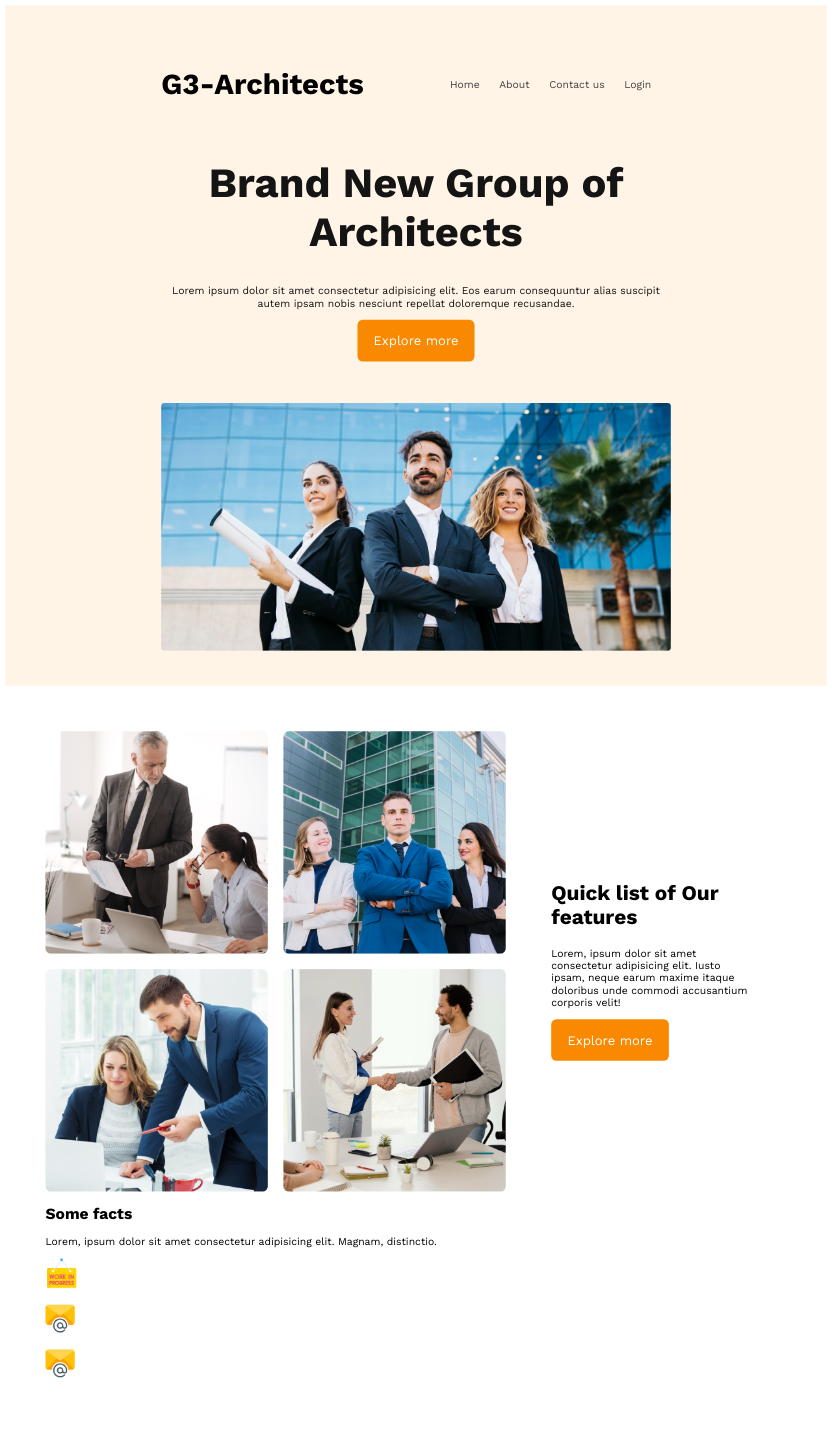
Repository: RudrasahaDibos/architects-resources
Page: index.html
An editor plug-in stored every save of this project. The page is shown before and after a run of saves, followed by the edit.
The browser window is 1280 px wide. The pictures show the whole page, at 65% of full size.

Above is the page before, as saved 2024-10-06 21:34:24.

### index.html
<!DOCTYPE html>
<html lang="en">
<head>
    <meta charset="UTF-8">
    <meta name="viewport" content="width=device-width, initial-scale=1.0">
    <link rel="stylesheet" href="index.css">
    <title>Responsive web side</title>
</head>
<body>
       <header>
              <nav>
                <h3 class="nav-title">G3-Architects</h3>
              <ul>
                 <li><a href="">Home</a></li>
                 <li><a href="">About</a></li>
                 <li><a href="">Contact us</a></li>
                 <li><a href="">Login</a></li>
              </ul>
              </nav>
             <div class="banner">
                <div class="banner-content">
                     <h1 class="banner-title">Brand New Group of Architects</h1>
                     <p class="banner-discription">Lorem ipsum dolor sit amet consectetur adipisicing elit. Eos earum consequuntur alias suscipit autem ipsam nobis nesciunt repellat doloremque recusandae.</p>
                     <button class="btn-banner">Explore more</button>
                </div>
                 <img src="images/banner.png" alt="">
             </div>

       </header>
       <main>
                <section class="team-container">
                        <div class="team-container-img">
                            <img src="images/team1.png" alt="">
                            <img src="images/team2.png" alt="">
                            <img src="images/team3.png" alt="">
                            <img src="images/team4.png" alt="">
                        </div>
                        <div class="team-content">
                             <h1 class="team-title">Quick list of Our features</h1>
                             <p class="team-discription">Lorem, ipsum dolor sit amet consectetur adipisicing elit. Iusto ipsam, neque earum maxime itaque doloribus unde commodi accusantium corporis velit!</p>
                             <button class="btn-banner">Explore more</button>
                            </div>

                </section>
                <!-- features -->
                 <section>

                 </section>
                 <!-- some -->
                  <section class="some-container">
                         <h1 class="some-title">Some facts</h1>
                    <p class="some-discription">Lorem, ipsum dolor sit amet consectetur
                      adipisicing elit. Magnam, distinctio.</p>
                   <div class="fact-card-container">
                          <div class="csrd">
                            <img src="images/icons/customers.png" alt="">
                            <h2 class="card-start"></h2>
                            <p class="card-title"></p>
                          </div>
                          <div class="csrd">
                            <img src="images/icons/email.png" alt="">
                            <h2 class="card-start"></h2>
                            <p class="card-title"></p>
                          </div>
                          <div class="csrd">
                            <img src="images/icons/email.png" alt="">
                            <h2 class="card-start"></h2>
                            <p class="card-title"></p>
                          </div>
                          <div class="csrd">
                            <img src="" alt="">
                            <h2 class="card-start"></h2>
                            <p class="card-title"></p>
                          </div>
                  </div>
                  </section>
       </main>
       <footer>

       </footer>
</body>
</html>

### index.css
@import url('https://fonts.googleapis.com/css2?family=Work+Sans:ital,wght@0,100..900;1,100..900&display=swap');
/* shared section
 */
*{
    font-family: "Lato", sans-serif;
    font-family: "Open Sans", sans-serif;
    font-family: "Work sans", sans-serif;


}
.btn-banner{
    background-color: rgb(248, 137, 0);
    border-radius: 8px;
    font-size: 20px;
    padding: 20px 25px;
    color: #fff;
    border: 0;

}

/* header section */
header{
    background-color: rgba(255,144,14,0.10);
    padding: 50px 240px;

}
.nav-title{
    font-size: 2.8rem;
    font-weight: 700px;
}
nav{
    display: flex;
    justify-content: space-between;
    align-items: center;
}
nav >ul{
    display: flex;
}
nav li{
    list-style: none;
    margin-right: 30px;
    font-weight: 500px;
    font-size: 1rem;
}
 nav li a{
    text-decoration: none;
    color: #424242;
 }

 /* banner style */

 .banner-content{
    max-width: 800px;
    text-align: center;
    margin: 0 auto;
 }
 .banner-title{
    font-size: 4rem;
    font-weight: 700;
    color: #141414;
 }
 .banner-discription{
    color: #141414;
 }
 .banner img{
    margin-top: 4rem;
    width: 100%;
 }






 /* main  */

 main{
    max-width: 1140px;
    margin: 70px auto;

 }
 .team-container{
    display: flex;
    align-items: center;
 }
 .team-container-img{
    display: grid;
    grid-template-columns: repeat(2,1fr);
    gap: 1.5rem;
 }
 .team-content{
    margin-right: 60px  ;
    margin-left: 70px;
 }
 .team-title{
    font-size: 2.0rem;
 }

 /* media Quary */
 @media screen and (max-width: 576px) {
    header{
        padding: 20px;
    }
    nav, .team-container{
        flex-direction: column;
    }
    .team-container-img{
        grid-template-columns: repeat(1,1fr);
    }

 }

 @media screen and (min-width: 576px) and (max-width: 960px) {
    header{
        padding: 50px;
    }
    nav,.team-container{
        flex-direction: column;
    }
    .team-container-img{
        grid-template-columns: repeat(1,1fr);
    }
 }

After the next 2 saves:
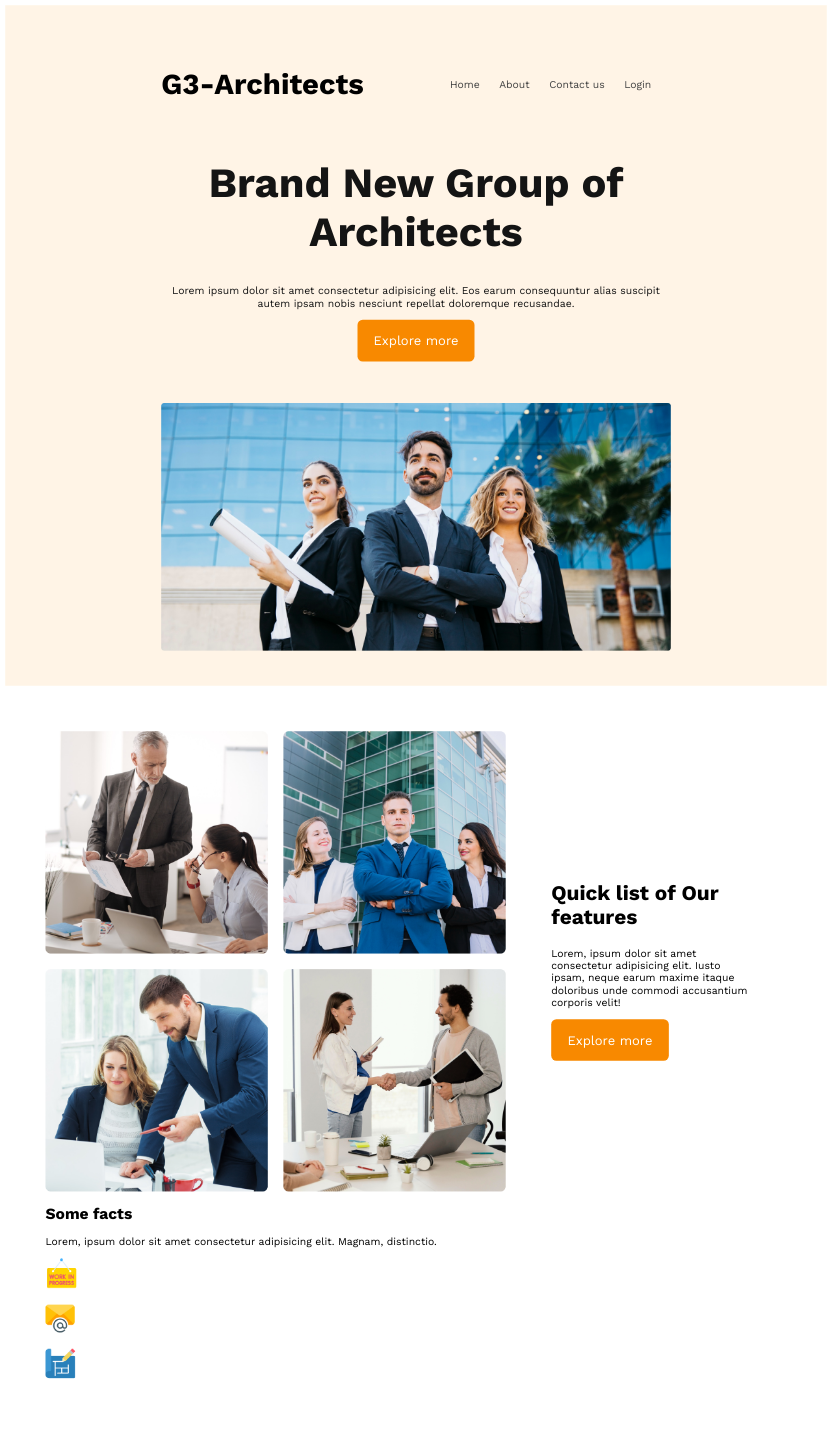
The 2 saves are shown as one change because they came seconds apart.
The last was saved 6 s later.
--- a/index.html
+++ b/index.html
@@ -63,7 +63,7 @@
                             <p class="card-title"></p>
                           </div>
                           <div class="csrd">
-                            <img src="images/icons/email.png" alt="">
+                            <img src="images/icons/projects.png" alt="">
                             <h2 class="card-start"></h2>
                             <p class="card-title"></p>
                           </div>
